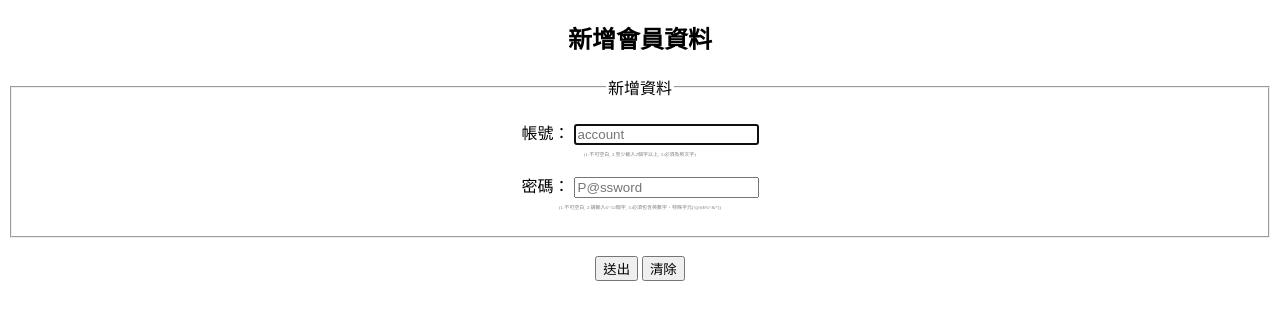
Repository: Ray917x/JaveEEforProject
Page: JSP/src/main/webapp/project/CreateMember.html
These files come from the project's save history. The page is drawn as it stood at one moment and after the next save; the edit follows.
The browser window is 1280 px wide. The pictures show the whole page.

Above is the page before, as saved 2022-09-12 09:57:37.

After the next save:
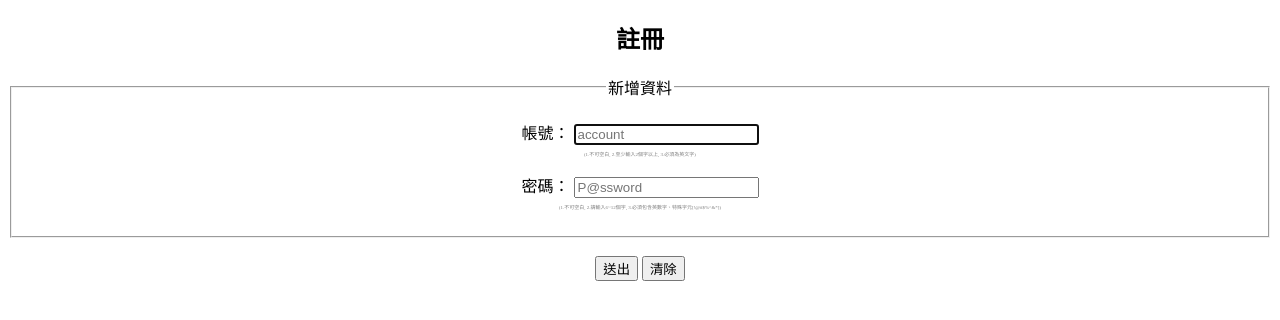
Saved 84 s later.
--- a/JSP/src/main/webapp/project/CreateMember.html
+++ b/JSP/src/main/webapp/project/CreateMember.html
@@ -15,7 +15,7 @@
 </head>
 
 <body style="background-color:#lightblue" align="center">
-	<h2>新增會員資料</h2>
+	<h2>註冊</h2>
 	<form action="/JSP/CreateMember" method="post" enctype="multipart/form-data">
 		<fieldset>
 			<legend>新增資料</legend>
